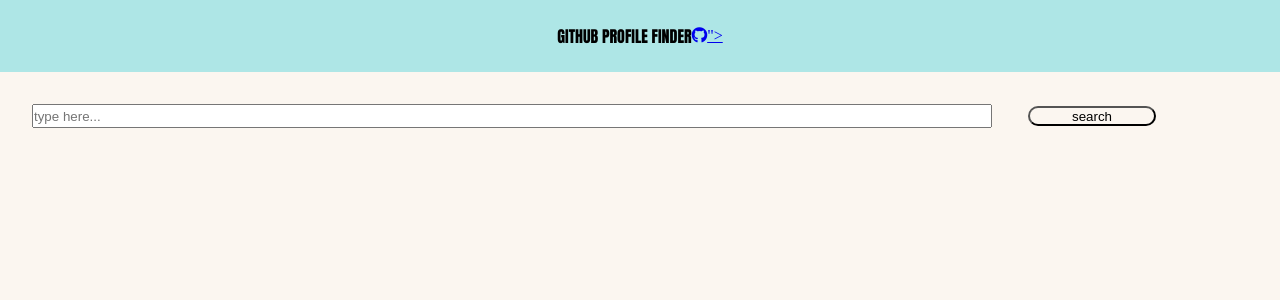
Repository: nilesjamex/githubprofilefinder
Page: index.html
These files come from the project's save history. The page is drawn as it stood at one moment and after the next save; the edit follows.
The browser window is 1280 px wide. The pictures show the whole page.

Above is the page before, as saved 2020-11-18 23:14:58.

### index.html
<!DOCTYPE html>
<html lang="en">
<head>
    <meta charset="UTF-8">
    <meta name="viewport" content="width=device-width, initial-scale=1.0">
    <meta http-equiv="X-UA-Compatible" content="IE=7">
    <meta name="description" content="github profile finder niles egbaidomeh">
    <link rel="stylesheet" href="./styles.css">
    <link rel="preconnect" href="https://fonts.gstatic.com">
    <link rel="stylesheet" href="https://use.fontawesome.com/releases/v5.15.1/css/all.css" integrity="sha384-vp86vTRFVJgpjF9jiIGPEEqYqlDwgyBgEF109VFjmqGmIY/Y4HV4d3Gp2irVfcrp" crossorigin="anonymous">
    <link href="https://fonts.googleapis.com/css2?family=Anton&family=Roboto+Condensed:ital,wght@0,700;1,300&display=swap" rel="stylesheet">
    <title>Github Profile Finder</title>
</head>
<body>
  <nav>
      <div class="nav-text">
          GITHUB PROFILE FINDER
      </div>
      <a href="https://https://github.com/nilesjamex/githubprofilefinder"><i class="fab fa-github"></i>"></i></a>
  </nav>
  <section>
      <div>
          <form method="get">
              <input type="text" name="" placeholder="type here..." id="" size="70%">
              <input type="submit" value="search">
          </form>
      </div>
      <div class="api-container">

      </div>
  </section>
</body>
</html>

### styles.css
*{
    margin: 0;
    padding: 0;
    box-sizing: border-box;
}
body{
    background-color: #fbf6f0;
}
nav{
    min-height: 10vh;
    background-color: #aee6e6;
    display: flex;
    justify-content: center;
    align-items: center;
}
.nav-text{
    font-family: 'Anton', sans-serif;
}
input[type=text]{
    width: 75%;
    margin: 2rem;
    height: 1.5rem;
}
input[type=submit]{
    width: 10%;
    border-radius: 40px;
    background: transparent;
    height: 1.3rem;
}
input[type=submit]:hover{
    background-color: #aee6e6;
}

After the next save:
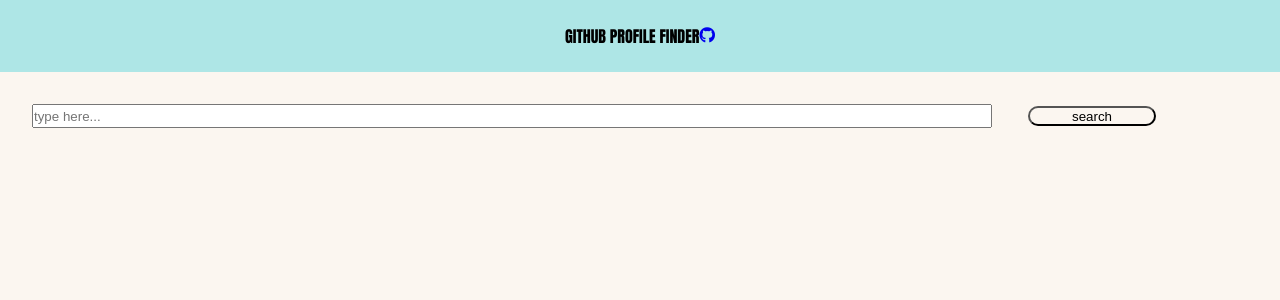
Saved 74 s later.
--- a/index.html
+++ b/index.html
@@ -16,7 +16,7 @@
       <div class="nav-text">
           GITHUB PROFILE FINDER
       </div>
-      <a href="https://https://github.com/nilesjamex/githubprofilefinder"><i class="fab fa-github"></i>"></i></a>
+      <a href="https://https://github.com/nilesjamex/githubprofilefinder"><i class="fab fa-github"></i></a>
   </nav>
   <section>
       <div>
